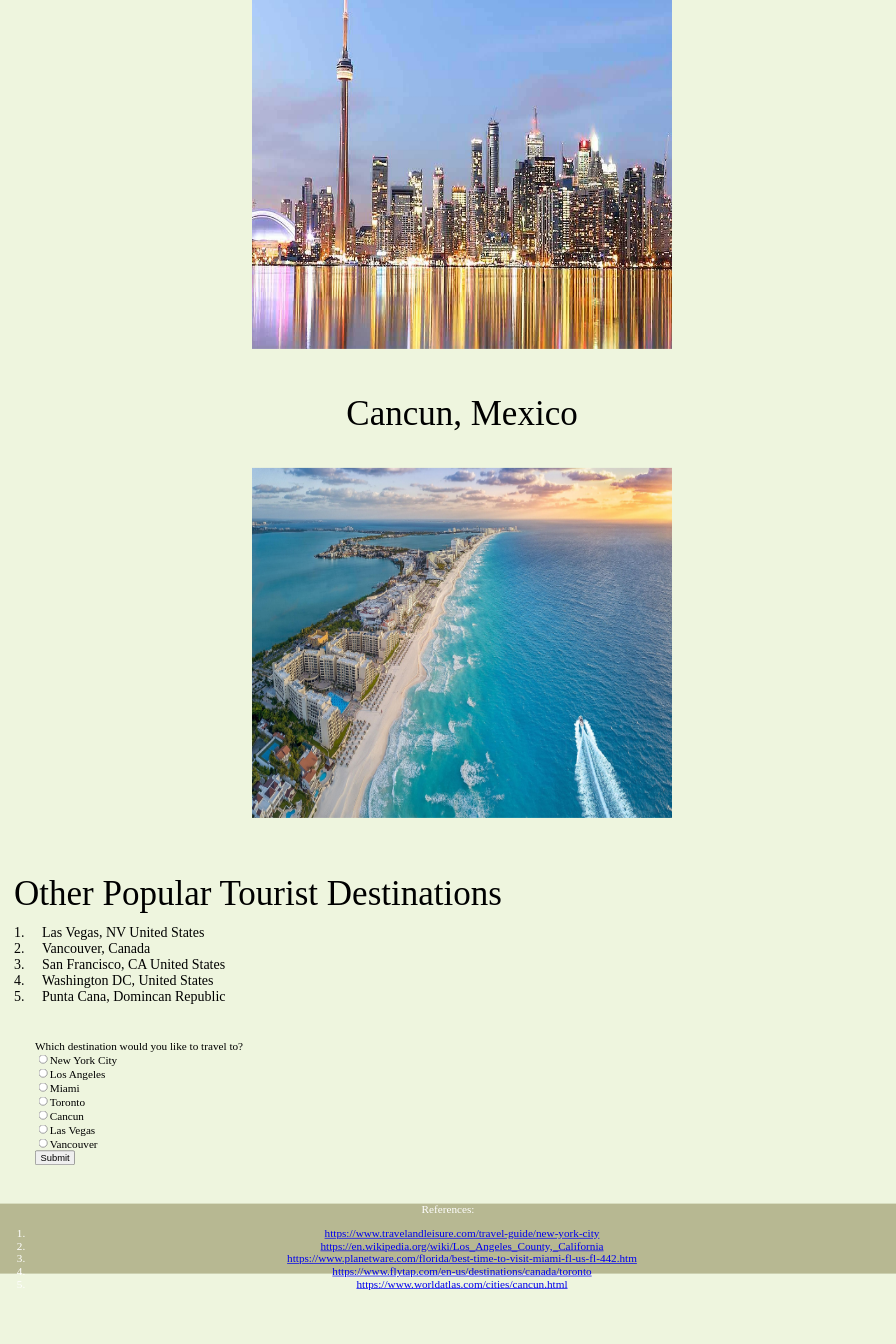
Repository: alharama/StaticWebsite
Page: na_page.html
The author's editor kept a copy of each file at every save. The page is drawn from the files as they stood at one save, then again after the next save.
The browser window is 1280 px wide. The pictures show the part of the page from y = 2818 to 4738 px (the page is 4738 px tall), at 70% of full size.

Above is the page before, as saved 2021-10-07 20:26:18.

After the next save:
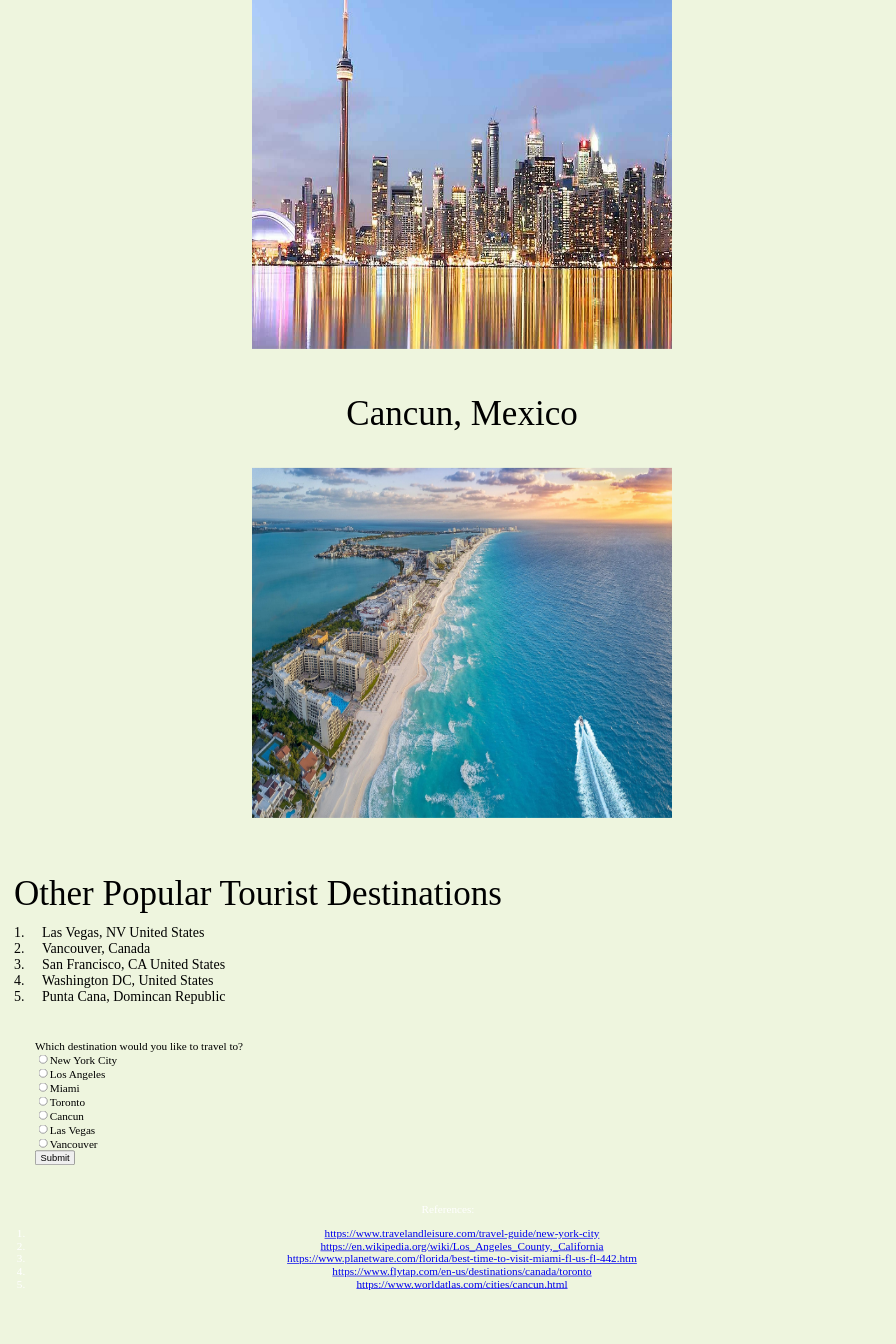
Saved 60 s later.
--- a/CSS/stylesheet.css
+++ b/CSS/stylesheet.css
@@ -102,7 +102,7 @@ footer {
     bottom: 0;
     width: 100%;
     height: 100px;
-    background-color: rgb(183, 184, 146);
+
     color: white;
     text-align: center;
 }
